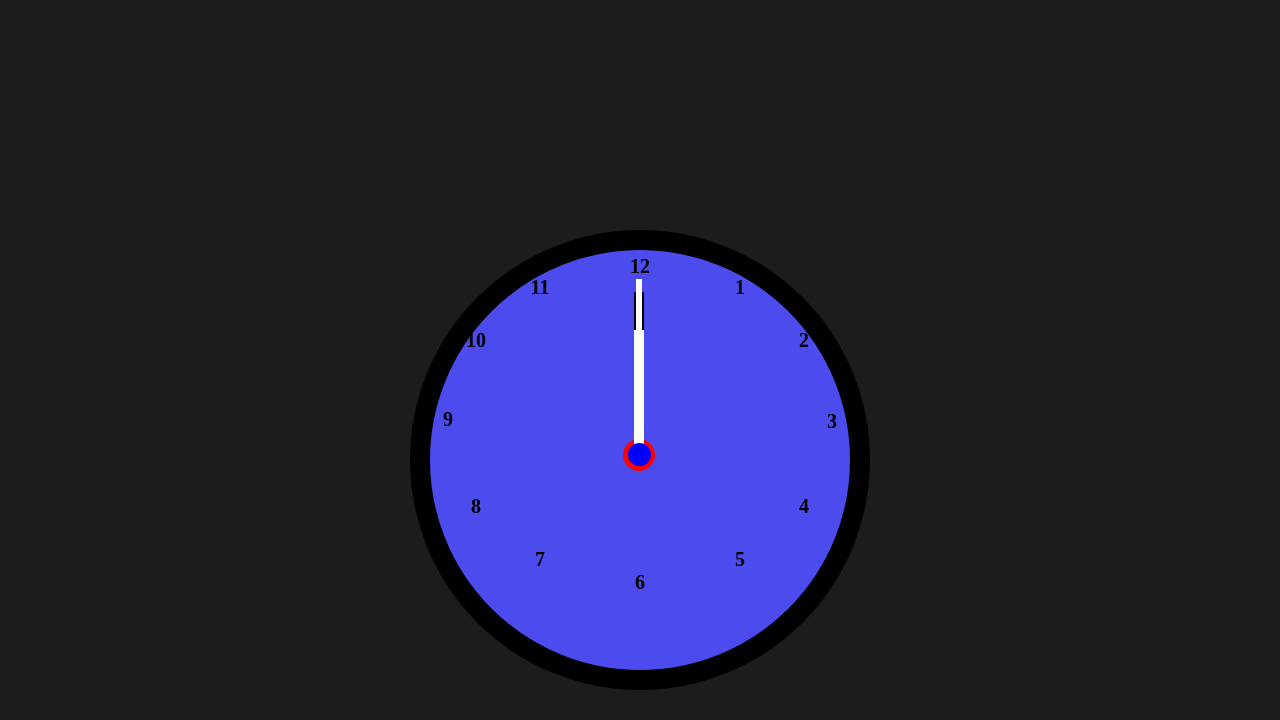
Repository: Eugene44-hub/Analog-clock
Page: index.html
The author's editor kept a copy of each file at every save. The page is drawn from the files as they stood at one save, then again after the next save.
The browser window is 1280 px wide. The pictures show the whole page.

Above is the page before, as saved 2021-09-04 23:11:45.

After the next save:
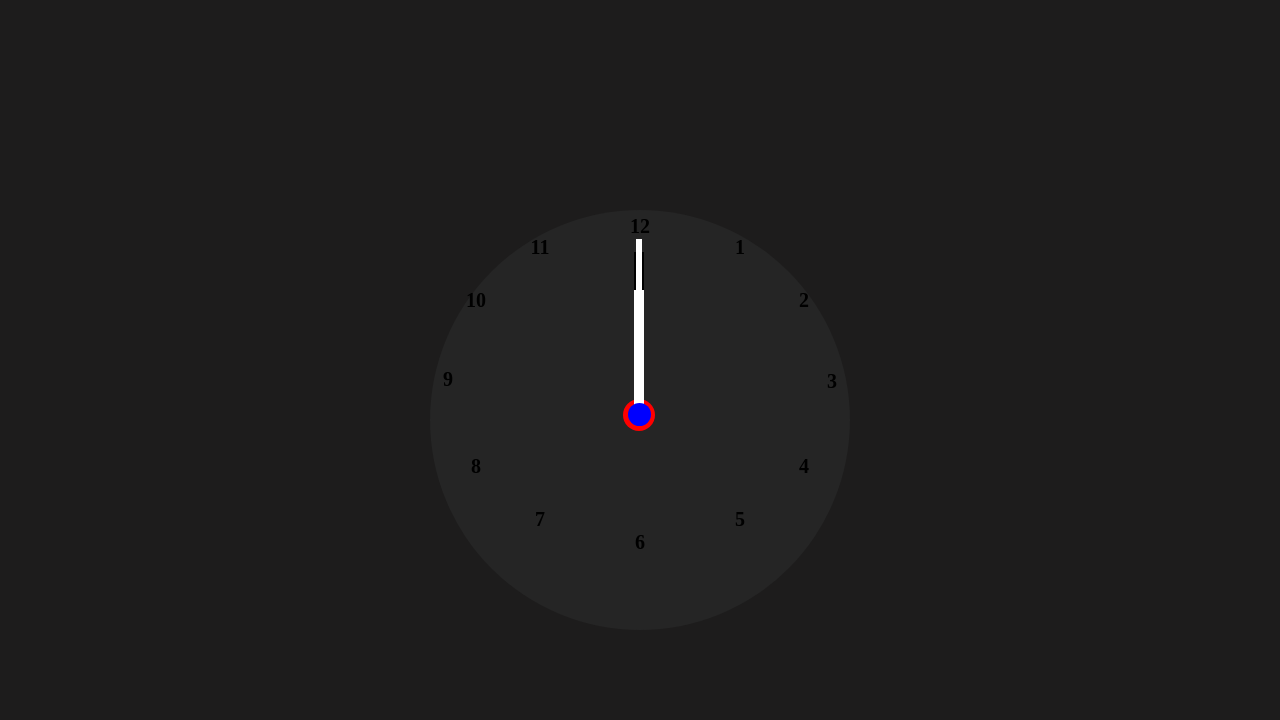
Saved 9 s later.
--- a/style.css
+++ b/style.css
@@ -8,10 +8,10 @@
 }
 
 .clock {
-    background-color: rgb(75, 75, 238);
+    background-color: rgb(37, 37, 37);
     height: 400px;
     width: 400px;
-    border: 20px solid;
+    border: 20px solid gradient();
     text-align: center;
     font-weight: bold;
     font-family: cursive;

After the save that followed:
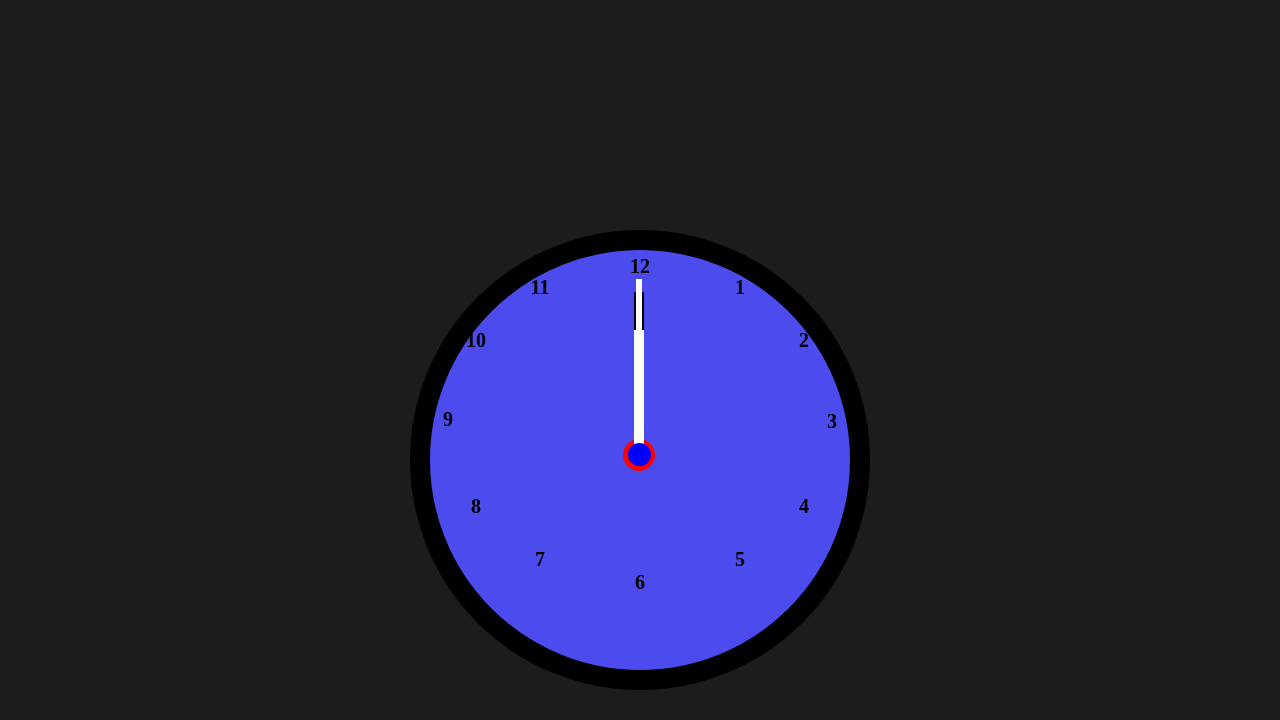
Saved 6 s later.
--- a/style.css
+++ b/style.css
@@ -8,10 +8,10 @@
 }
 
 .clock {
-    background-color: rgb(37, 37, 37);
+    background-color: rgb(75, 75, 238);
     height: 400px;
     width: 400px;
-    border: 20px solid gradient();
+    border: 20px solid black;
     text-align: center;
     font-weight: bold;
     font-family: cursive;
